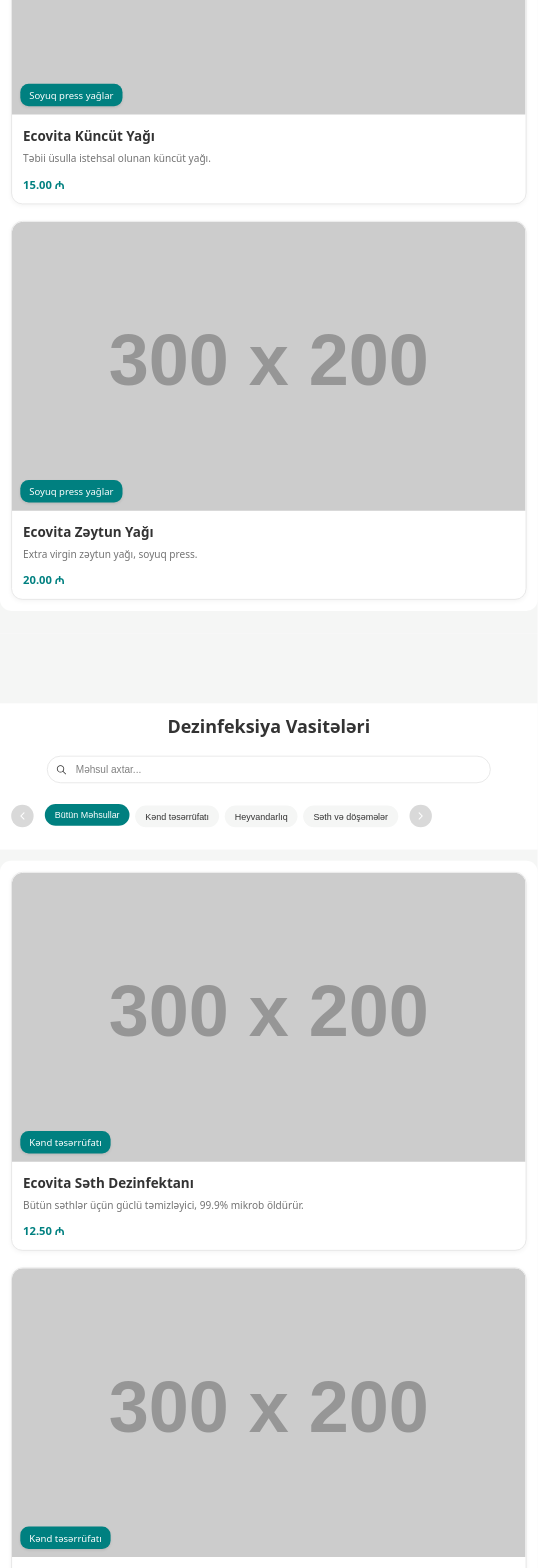
Repository: ferhadsultan98/ecovita
Page: /
These files come from the project's save history. The page is drawn as it stood at one moment and after the next save; the edit follows.
The browser window is 768 px wide. The pictures show the part of the page from y = 1794 to 4034 px (the page is 7099 px tall), at 70% of full size.
The project was rebuilt for these pictures with package versions that can differ from the ones it lists, and the page was loaded fresh each time. Also part of the build but not shown: vite.config.js.

Above is the page before, as saved 2025-05-06 10:24:35.

### index.html
<!doctype html>
<html lang="en">
  <head>
    <meta charset="UTF-8" />
    <meta name="viewport" content="width=device-width, initial-scale=1.0" />
    <link rel="shortcut icon" href="./public/assets/Fotolar/Ecovita-12.png" type="image/x-icon">
    <title>Ecovita - Təbiətdən gələn sağlamlıq</title>
  </head>
  <body>
    <div id="root"></div>
    <script type="module" src="/src/main.jsx"></script>
  </body>
</html>

### src/App.jsx
import React from "react";
import "./App.scss";
import MainLayout from "./Components/Common/MainLayout";
import Home from "./Pages/Home/Home";
import MenuSection from "./Pages/MenuSection/MenuSection";

function App() {
  return (
    <div className="app-container">
      <MainLayout>
        <Home />
        <MenuSection />
      </MainLayout>
    </div>
  );
}

export default App;

### src/App.scss
* {
  margin: 0;
  padding: 0;
  box-sizing: border-box;
}

body {
  font-family: system-ui, -apple-system, BlinkMacSystemFont, "Segoe UI", Roboto,
    Oxygen, Ubuntu, Cantarell, "Open Sans", "Helvetica Neue", sans-serif;
}

### src/Components/Common/MainLayout.jsx
import React from 'react';
import Header from './Header/Header';
import Footer from './Footer/Footer';

const MainLayout = ({ children }) => {
  return (
    <>
      <Header />
      {children}
      <Footer />
    </>
  );
};

export default MainLayout;

### src/Components/Common/Header/Header.jsx
import { useState, useEffect, useRef } from "react";
import "./Header.scss";
import { motion, AnimatePresence } from "framer-motion";
import { FaSyringe, FaChevronDown } from "react-icons/fa";
import EcovitaLogo from '../../../../public/assets/Fotolar/logo.png';

const Header = () => {
  const [scrolled, setScrolled] = useState(false);
  const [isDropdownOpen, setIsDropdownOpen] = useState(false);
  const dropdownRef = useRef(null);

  useEffect(() => {
    const handleScroll = () => {
      setScrolled(window.scrollY > 20);
    };

    window.addEventListener("scroll", handleScroll);
    return () => window.removeEventListener("scroll", handleScroll);
  }, []);

  useEffect(() => {
    const handleClickOutside = (event) => {
      if (dropdownRef.current && !dropdownRef.current.contains(event.target)) {
        setIsDropdownOpen(false);
      }
    };

    document.addEventListener("mousedown", handleClickOutside);
    return () => document.removeEventListener("mousedown", handleClickOutside);
  }, []);

  const scrollToTop = () => {
    window.scrollTo({ top: 0, behavior: "smooth" });
  };

  const scrollToSection = (sectionId) => {
    const section = document.getElementById(sectionId);
    if (section) {
      section.scrollIntoView({ behavior: "smooth", block: "start" });
      setIsDropdownOpen(false);
    }
  };

  const dropdownVariants = {
    hidden: { opacity: 0, y: -10, scale: 0.95 },
    visible: { opacity: 1, y: 0, scale: 1 },
    exit: { opacity: 0, y: -10, scale: 0.95 }
  };

  return (
    <header className={`header ${scrolled ? "scrolled" : ""}`}>
      <div className="header-container">
        <a onClick={scrollToTop} className="logo">
          <img src={EcovitaLogo} alt="Ecovita_logo" />
        </a>
        <div className="products-dropdown" ref={dropdownRef}>
          <button
            className="products-button"
            onMouseEnter={() => setIsDropdownOpen(true)}
            onClick={() => setIsDropdownOpen(!isDropdownOpen)}
          >
            Məhsullar
            <span className="products-icon">
              <FaSyringe />
            </span>
            <FaChevronDown className={`chevron-icon ${isDropdownOpen ? "open" : ""}`} />
          </button>
          <AnimatePresence>
            {isDropdownOpen && (
              <motion.ul
                className="dropdown-menu"
                variants={dropdownVariants}
                initial="hidden"
                animate="visible"
                exit="exit"
                transition={{ duration: 0.2, ease: "easeInOut" }}
                onMouseLeave={() => setIsDropdownOpen(false)}
              >
                <li onClick={() => scrollToSection("cold-pressed-oils")}>
                  Soyuq press yağlar
                </li>
                <li onClick={() => scrollToSection("disinfectants")}>
                  Dezinfeksiya vasitələri
                </li>
              </motion.ul>
            )}
          </AnimatePresence>
        </div>
      </div>
    </header>
  );
};

export default Header;

### src/Pages/MenuSection/MenuSection.scss
$primary-color: #008080; // Teal for health and cleanliness
$secondary-color: #ffffff;
$accent-color: #f5f6f5; // Light gray for clean aesthetic
$text-color: #333333;
$border-color: #e0e0e0;

// Assuming header height (including padding) is roughly 80px on desktop, 70px on mobile
$header-height-desktop: 80px;
$header-height-mobile: 70px;

.menu-section {
  padding: 120px 0 2rem 0; // Increased top padding to account for fixed header
  background: $accent-color;

  .menu-navbar-wrapper {
    background: $secondary-color;
    transition: all 0.3s ease;

    &.sticky {
      position: fixed;
      top: $header-height-desktop; // Adjusted to sit below the fixed header
      left: 0;
      width: 100%;
      z-index: 1000;
      background: rgba($secondary-color, 0.98);
      backdrop-filter: blur(10px);
      box-shadow: 0 4px 12px rgba(0, 0, 0, 0.08);
      padding: 0.75rem 0;
    }

    .container {
      max-width: 1280px;
      margin: 0 auto;
      padding: 0 1rem;
    }

    .error-message {
      display: flex;
      align-items: center;
      justify-content: center;
      gap: 0.5rem;
      color: #d32f2f;
      background: #fff1f2;
      padding: 0.75rem;
      border-radius: 8px;
      margin: 1rem auto;
      max-width: 600px;
      font-size: 0.9rem;
      text-align: center;
    }

    .menu-navbar-content {
      display: flex;
      flex-direction: column;
      gap: 1rem;
      padding: 1rem 0;

      .section-title {
        font-size: 2rem;
        font-weight: 600;
        color: $text-color;
        text-align: center;
        margin-bottom: 0.5rem;
      }
    }

    .menu-search {
      display: flex;
      justify-content: center;
      padding: 0 1rem;

      .search-input-wrapper {
        position: relative;
        width: 100%;
        max-width: 500px;

        .search-icon {
          position: absolute;
          top: 50%;
          left: 0.75rem;
          transform: translateY(-50%);
          color: $text-color;
          font-size: 1.2rem;
        }

        .search-input {
          width: 100%;
          padding: 0.75rem 1rem 0.75rem 2.5rem;
          border: 1px solid $border-color;
          border-radius: 25px;
          font-size: 0.95rem;
          outline: none;
          transition: all 0.3s ease;

          &:focus {
            border-color: $primary-color;
            box-shadow: 0 0 0 4px rgba($primary-color, 0.1);
          }

          &::placeholder {
            color: lighten($text-color, 30%);
          }
        }

        .clear-search-button {
          position: absolute;
          top: 50%;
          right: 0.75rem;
          transform: translateY(-50%);
          background: none;
          border: none;
          color: $text-color;
          font-size: 1rem;
          cursor: pointer;
          transition: color 0.3s ease;

          &:hover {
            color: $primary-color;
          }
        }
      }
    }

    .menu-filter {
      display: flex;
      justify-content: center;
      padding: 0.5rem 0;

      .menu-filter-container {
        display: flex;
        align-items: center;
        gap: 0.5rem;
        width: 100%;
        max-width: 800px;
        position: relative;

        .scroll-button {
          background: $primary-color;
          color: $secondary-color;
          border: none;
          padding: 0.5rem;
          border-radius: 50%;
          width: 36px;
          height: 36px;
          display: flex;
          align-items: center;
          justify-content: center;
          cursor: pointer;
          transition: background 0.3s ease;

          &:hover:not(.scroll-button-disabled) {
            background: darken($primary-color, 15%);
          }

          &.scroll-button-disabled {
            background: #d9d9d9;
            cursor: not-allowed;
          }
        }

        .menu-filter-list {
          display: flex;
          gap: 0.5rem;
          overflow-x: auto;
          scroll-behavior: smooth;
          padding: 0.5rem;
          -ms-overflow-style: none;
          scrollbar-width: none;

          &::-webkit-scrollbar {
            display: none;
          }

          .menu-filter-item {
            flex: 0 0 auto;
          }

          .menu-filter-button {
            background: $accent-color;
            color: $text-color;
            border: none;
            padding: 0.6rem 1.2rem;
            border-radius: 20px;
            font-size: 0.9rem;
            font-weight: 500;
            cursor: pointer;
            transition: all 0.3s ease;
            white-space: nowrap;

            &.menu-filter-button-active {
              background: $primary-color;
              color: $secondary-color;
              transform: translateY(-2px);
            }

            &:hover {
              background: darken($accent-color, 8%);
            }

            &.menu-filter-button-active:hover {
              background: darken($primary-color, 15%);
            }
          }
        }
      }
    }
  }

  .menu-content {
    padding: 2rem 1rem;
    background: $secondary-color;
    border-radius: 16px;
    margin: 1rem auto;
    max-width: 1280px;

    .menu-grid {
      display: grid;
      grid-template-columns: repeat(auto-fill, minmax(280px, 1fr));
      gap: 1.5rem;

      .menu-item {
        display: flex;
        flex-direction: column;

        .menu-item-card {
          background: $secondary-color;
          border: 1px solid $border-color;
          border-radius: 16px;
          overflow: hidden;
          transition: all 0.3s ease;
          box-shadow: 0 2px 8px rgba(0, 0, 0, 0.05);
          display: flex;
          flex-direction: column;
          height: 100%;

          &:hover {
            transform: translateY(-5px);
            box-shadow: 0 8px 20px rgba(0, 0, 0, 0.1);
          }

          .menu-item-image {
            position: relative;
            width: 100%;
            padding-top: 56.25%; // 16:9 aspect ratio

            img {
              position: absolute;
              top: 0;
              left: 0;
              width: 100%;
              height: 100%;
              object-fit: cover;
              border-radius: 16px 16px 0 0;
            }

            .menu-item-category-badge {
              position: absolute;
              bottom: 0.75rem;
              left: 0.75rem;
              background: $primary-color;
              color: $secondary-color;
              padding: 0.4rem 0.8rem;
              border-radius: 12px;
              font-size: 0.85rem;
              font-weight: 500;
              box-shadow: 0 2px 4px rgba(0, 0, 0, 0.1);
            }
          }

          .menu-item-content {
            padding: 1rem;
            flex: 1;
            display: flex;
            flex-direction: column;

            .menu-item-title {
              font-size: 1.2rem;
              font-weight: 600;
              color: $text-color;
              margin-bottom: 0.5rem;
            }

            .menu-item-description {
              font-size: 0.9rem;
              color: lighten($text-color, 25%);
              line-height: 1.5;
              flex: 1;
            }

            .menu-item-footer {
              display: flex;
              justify-content: space-between;
              align-items: center;
              margin-top: 1rem;

              .menu-item-price {
                font-size: 1rem;
                font-weight: 600;
                color: $primary-color;
              }

              .favorite-button {
                background: none;
                border: none;
                color: $text-color;
                font-size: 1.2rem;
                cursor: pointer;
                transition: color 0.3s ease;

                &:hover {
                  color: $primary-color;
                }
              }
            }
          }
        }
      }
    }

    .no-results-found {
      text-align: center;
      padding: 2rem;

      h3 {
        font-size: 1.4rem;
        color: $text-color;
        margin-bottom: 0.5rem;
      }

      p {
        font-size: 0.95rem;
        color: lighten($text-color, 25%);
        margin-bottom: 1rem;
      }

      .reset-filter-button {
        background: $primary-color;
        border: none;
        color: $secondary-color;
        padding: 0.75rem 1.5rem;
        border-radius: 25px;
        font-size: 0.9rem;
        cursor: pointer;
        transition: all 0.3s ease;

        &:hover {
          background: darken($primary-color, 15%);
          transform: translateY(-2px);
        }
      }
    }

    .menu-load-more {
      text-align: center;
      margin-top: 2rem;

      .load-more-button {
        background: $primary-color;
        border: none;
        color: $secondary-color;
        padding: 0.75rem 2rem;
        border-radius: 25px;
        font-size: 0.95rem;
        font-weight: 500;
        cursor: pointer;
        transition: all 0.3s ease;

        &:hover {
          background: darken($primary-color, 15%);
          transform: translateY(-2px);
        }
      }
    }
  }

  // Responsive Design
  @media (max-width: 1024px) {
    padding-top: 100px; // Slightly less padding for medium screens

    .menu-content {
      padding: 1.5rem;

      .menu-grid {
        grid-template-columns: repeat(auto-fill, minmax(240px, 1fr));
      }
    }

    .menu-navbar-wrapper {
      &.sticky {
        top: $header-height-desktop;
      }

      .menu-filter {
        .menu-filter-container {
          .menu-filter-list {
            .menu-filter-button {
              padding: 0.5rem 1rem;
              font-size: 0.85rem;
            }
          }
        }
      }
    }
  }

  @media (max-width: 768px) {
    padding: 100px 0 1rem 0; // Adjusted for mobile header height

    .menu-navbar-wrapper {
      &.sticky {
        top: $header-height-mobile; // Adjusted for mobile header height
        padding: 0.5rem 0;
      }

      .menu-navbar-content {
        .section-title {
          font-size: 1.6rem;
        }
      }

      .menu-search {
        .search-input-wrapper {
          max-width: 90%;

          .search-input {
            padding: 0.65rem 1rem 0.65rem 2.5rem;
            font-size: 0.9rem;
          }

          .search-icon {
            font-size: 1.1rem;
          }
        }
      }

      .menu-filter {
        .menu-filter-container {
          .scroll-button {
            width: 32px;
            height: 32px;
          }

          .menu-filter-list {
            .menu-filter-button {
              padding: 0.5rem 0.9rem;
              font-size: 0.8rem;
            }
          }
        }
      }
    }

    .menu-content {
      padding: 1rem;

      .menu-grid {
        grid-template-columns: 1fr;

        .menu-item-card {
          .menu-item-content {
            padding: 0.8rem;

            .menu-item-title {
              font-size: 1.1rem;
            }

            .menu-item-description {
              font-size: 0.85rem;
            }

            .menu-item-price {
              font-size: 0.95rem;
            }
          }
        }
      }

      .no-results-found {
        h3 {
          font-size: 1.2rem;
        }

        p {
          font-size: 0.9rem;
        }

        .reset-filter-button {
          padding: 0.65rem 1.3rem;
          font-size: 0.85rem;
        }
      }

      .menu-load-more {
        .load-more-button {
          padding: 0.65rem 1.5rem;
          font-size: 0.9rem;
        }
      }
    }
  }

  @media (max-width: 480px) {
    padding-top: 90px; // Further adjusted for smaller screens

    .menu-navbar-wrapper {
      &.sticky {
        top: $header-height-mobile;
      }

      .menu-navbar-content {
        .section-title {
          font-size: 1.4rem;
        }
      }

      .menu-search {
        .search-input-wrapper {
          .search-input {
            padding: 0.6rem 1rem 0.6rem 2.2rem;
            font-size: 0.85rem;
          }

          .search-icon {
            font-size: 1rem;
          }
        }
      }

      .menu-filter {
        .menu-filter-container {
          .scroll-button {
            width: 28px;
            height: 28px;
          }

          .menu-filter-list {
            gap: 0.4rem;

            .menu-filter-button {
              padding: 0.4rem 0.8rem;
              font-size: 0.75rem;
            }
          }
        }
      }
    }

    .menu-content {
      .menu-grid {
        .menu-item-card {
          .menu-item-image {
            padding-top: 66.67%; // 3:2 for smaller screens
          }

          .menu-item-content {
            .menu-item-title {
              font-size: 1rem;
            }

            .menu-item-description {
              font-size: 0.8rem;
            }
          }
        }
      }
    }
  }
}

### src/Components/Common/Header/Header.scss
$primary-color: #008080; // Teal for health and cleanliness
$secondary-color: #ffffff;
$accent-color: #f5f6f5; // Light gray for clean aesthetic
$text-color: #333333;
$scroll-bg: #ffffff;

.header {
  position: fixed;
  top: 0;
  left: 0;
  width: 100%;
  background: transparent;
  transition: all 0.3s ease;
  z-index: 1000;
  padding: 1rem 0;

  &.scrolled {
    background: $scroll-bg;
    padding: 0.8rem 0;
  }

  .header-container {
    max-width: 1200px;
    margin: 0 auto;
    display: flex;
    align-items: center;

    justify-content: space-between;
    gap: 1rem;
  }

  .logo {
    display: flex;
    align-items: center;
    cursor: pointer;
    text-decoration: none;
    max-height: 80px;

    img {
      height: 100%;
    }
  }

  .products-dropdown {
    position: relative;

    .products-button {
      display: flex;
      align-items: center;
      gap: 0.5rem;
      background: $primary-color;
      color: $secondary-color;
      border: none;
      padding: 0.5rem 1rem;
      border-radius: 5px;
      font-size: 1rem;
      font-weight: 500;
      cursor: pointer;
      transition: background 0.3s ease;

      &:hover {
        background: darken($primary-color, 10%);
      }

      .products-icon {
        font-size: 1.2rem;
      }

      .chevron-icon {
        font-size: 0.8rem;
        transition: transform 0.2s ease;

        &.open {
          transform: rotate(180deg);
        }
      }
    }

    .dropdown-menu {
      position: absolute;
      top: 100%;
      right: 0;
      background: $secondary-color;
      border: 1px solid $accent-color;
      border-radius: 5px;
      margin-top: 0.5rem;
      min-width: 200px;
      box-shadow: 0 4px 8px rgba(0, 0, 0, 0.1);
      list-style: none;
      padding: 0;
      z-index: 1000;

      li {
        padding: 0.75rem 1rem;
        cursor: pointer;
        color: $text-color;
        font-size: 0.9rem;
        transition: background 0.2s ease;

        &:hover {
          background: $accent-color;
        }
      }
    }
  }

  // Responsive design
  @media (max-width: 768px) {
    padding: 1rem 0;

    &.scrolled {
      padding: 0.75rem 0;
    }

    .header-container {
      padding: 0 1rem;
    }

    .products-button {
      font-size: 14px !important;
      padding: 5px !important;

      .products-icon {
        font-size: 12px !important;
      }

      .chevron-icon {
        font-size: 0.7rem;
      }
    }

    .dropdown-menu {
      min-width: 160px;

      li {
        font-size: 0.8rem;
        padding: 0.5rem 0.75rem;
      }
    }
  }

  @media (max-width: 480px) {
    .logo {
      img {
        width: 120px;
      }
    }

    .header-container {
      align-items: center;
      gap: 0.5rem;
    }

    .products-button {
      font-size: 0.8rem;
      padding: 5px;

      .products-icon {
        font-size: 12px;
      }

      .chevron-icon {
        font-size: 0.6rem;
      }
    }

    .dropdown-menu {
      min-width: 140px;
      margin-top: 0.3rem;

      li {
        font-size: 0.75rem;
        padding: 0.4rem 0.6rem;
      }
    }
  }
}

Loaded but not shown: src/main.jsx (common file); src/Pages/MenuSection/MenuSection.jsx (527 lines, source omitted); src/Pages/Home/Home.scss (390 lines, source omitted); src/Pages/Home/Home.jsx (180 lines, source omitted); src/Components/Common/Footer/Footer.scss (300 lines, source omitted); src/Components/Common/Footer/Footer.jsx (142 lines, source omitted); src/index.css (no stored copy; drawn as an empty file)

After the next save:
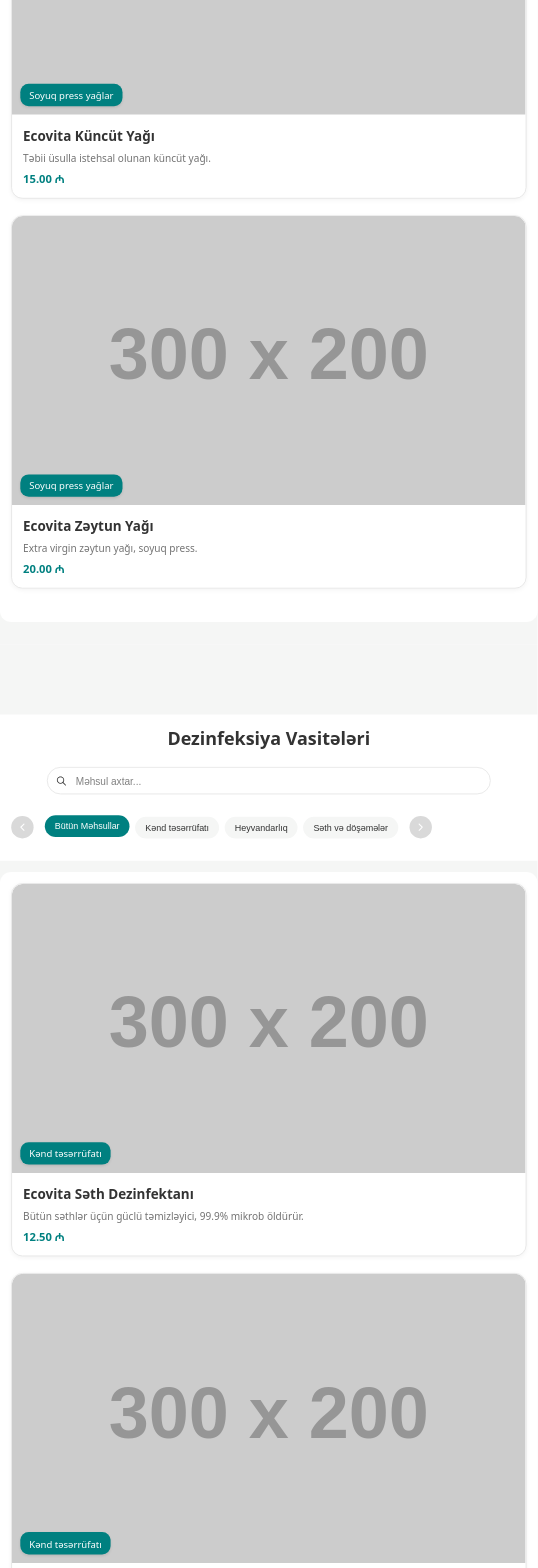
Saved 2 min 21 s later.
--- a/src/Pages/MenuSection/MenuSection.scss
+++ b/src/Pages/MenuSection/MenuSection.scss
@@ -207,7 +207,7 @@
   }
 
   .menu-content {
-    padding: 2rem 1rem;
+    padding: 2rem 1rem 3rem 1rem; // Increased bottom padding to ensure cards are fully visible
     background: $secondary-color;
     border-radius: 16px;
     margin: 1rem auto;
@@ -217,6 +217,7 @@
       display: grid;
       grid-template-columns: repeat(auto-fill, minmax(280px, 1fr));
       gap: 1.5rem;
+      padding-bottom: 2rem; // Added padding to ensure cards have space at the bottom
 
       .menu-item {
         display: flex;
@@ -285,13 +286,13 @@
               color: lighten($text-color, 25%);
               line-height: 1.5;
               flex: 1;
+              margin-bottom: 0.5rem; // Added margin to ensure spacing before footer
             }
 
             .menu-item-footer {
               display: flex;
               justify-content: space-between;
               align-items: center;
-              margin-top: 1rem;
 
               .menu-item-price {
                 font-size: 1rem;
@@ -353,6 +354,7 @@
     .menu-load-more {
       text-align: center;
       margin-top: 2rem;
+      padding-bottom: 2rem; // Added padding to ensure button has space
 
       .load-more-button {
         background: $primary-color;
@@ -378,10 +380,11 @@
     padding-top: 100px; // Slightly less padding for medium screens
 
     .menu-content {
-      padding: 1.5rem;
+      padding: 1.5rem 1rem 2.5rem 1rem; // Adjusted padding for medium screens
 
       .menu-grid {
         grid-template-columns: repeat(auto-fill, minmax(240px, 1fr));
+        padding-bottom: 1.5rem; // Adjusted padding for medium screens
       }
     }
 
@@ -451,10 +454,11 @@
     }
 
     .menu-content {
-      padding: 1rem;
+      padding: 1rem 1rem 2rem 1rem; // Adjusted padding for mobile
 
       .menu-grid {
         grid-template-columns: 1fr;
+        padding-bottom: 1rem; // Adjusted padding for mobile
 
         .menu-item-card {
           .menu-item-content {
